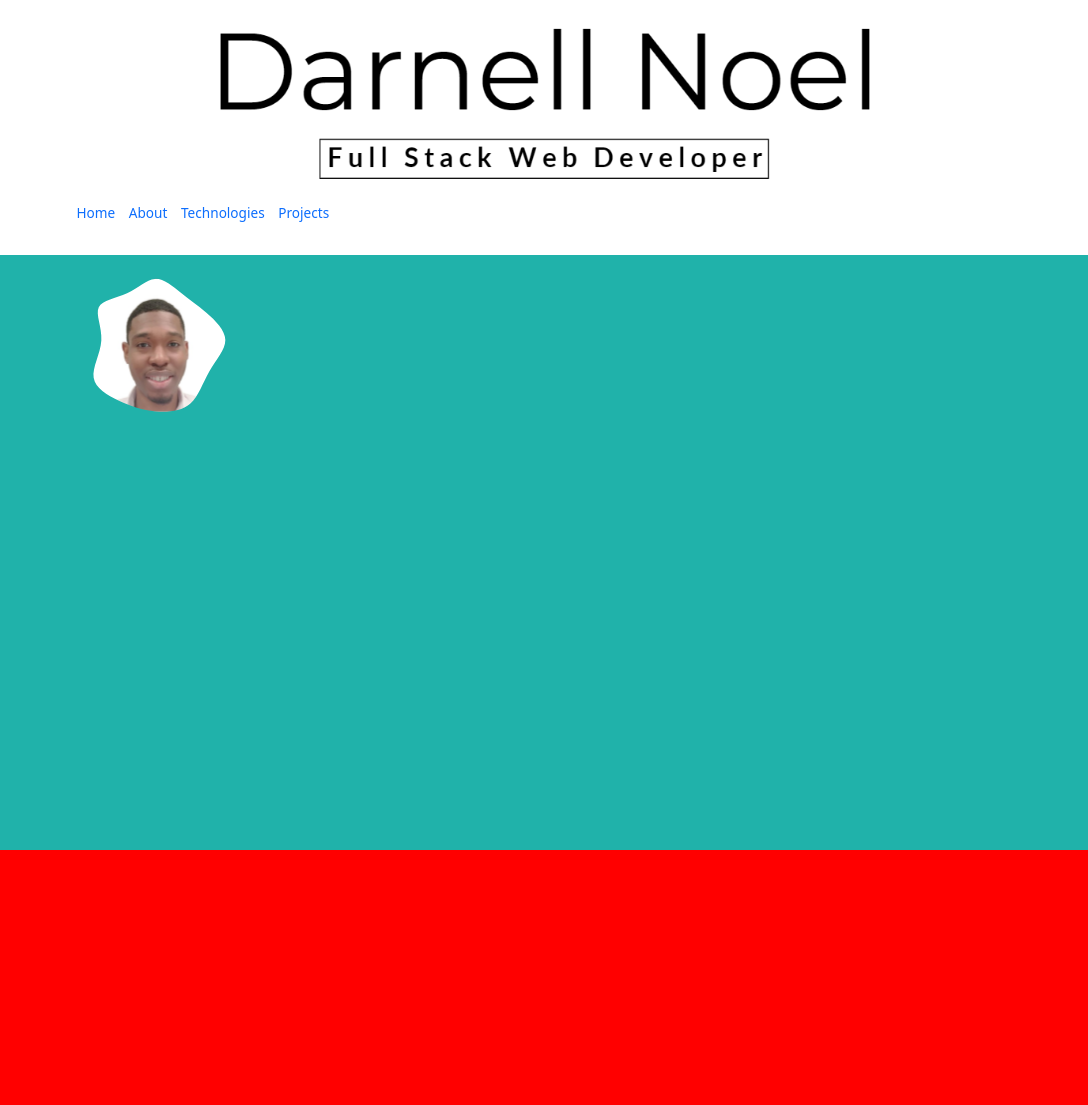
Repository: DNoel26/My_Dev_Portfolio
Page: index.html
An editor plug-in stored every save of this project. The page is shown before and after a run of saves, followed by the edit.
The browser window is 1280 px wide. The pictures show the whole page, at 85% of full size.

Above is the page before, as saved 2021-01-28 18:51:46.

After the next 4 saves:
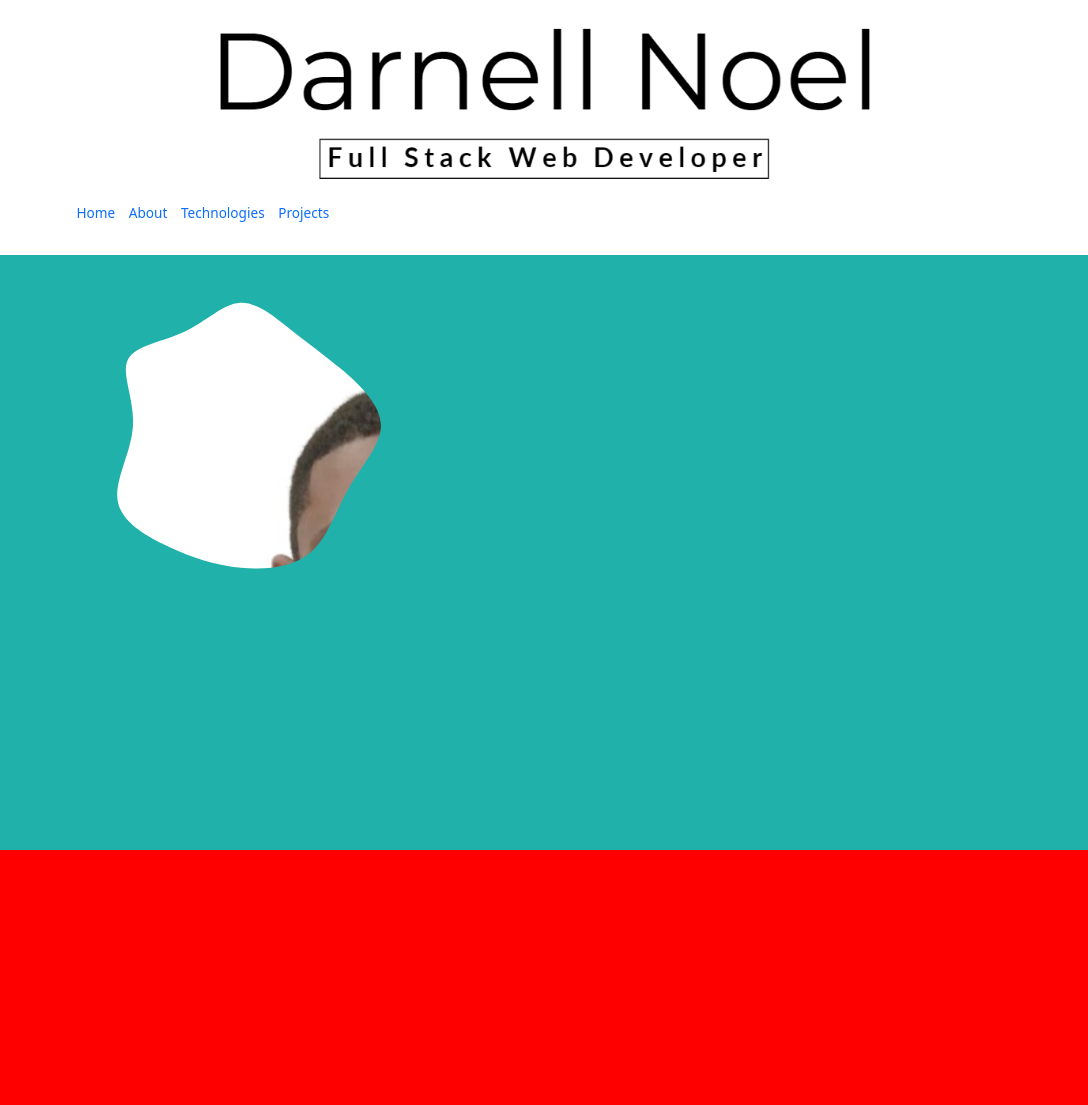
The 4 saves are shown as one change because they came seconds apart.
The last was saved 16 s later.
--- a/css/style.css
+++ b/css/style.css
@@ -33,6 +33,6 @@ footer {
 
 svg,
 svg image {
-    height: 200px;
-    width: auto;
+    height: 400px;
+    width: 400px;
 }
